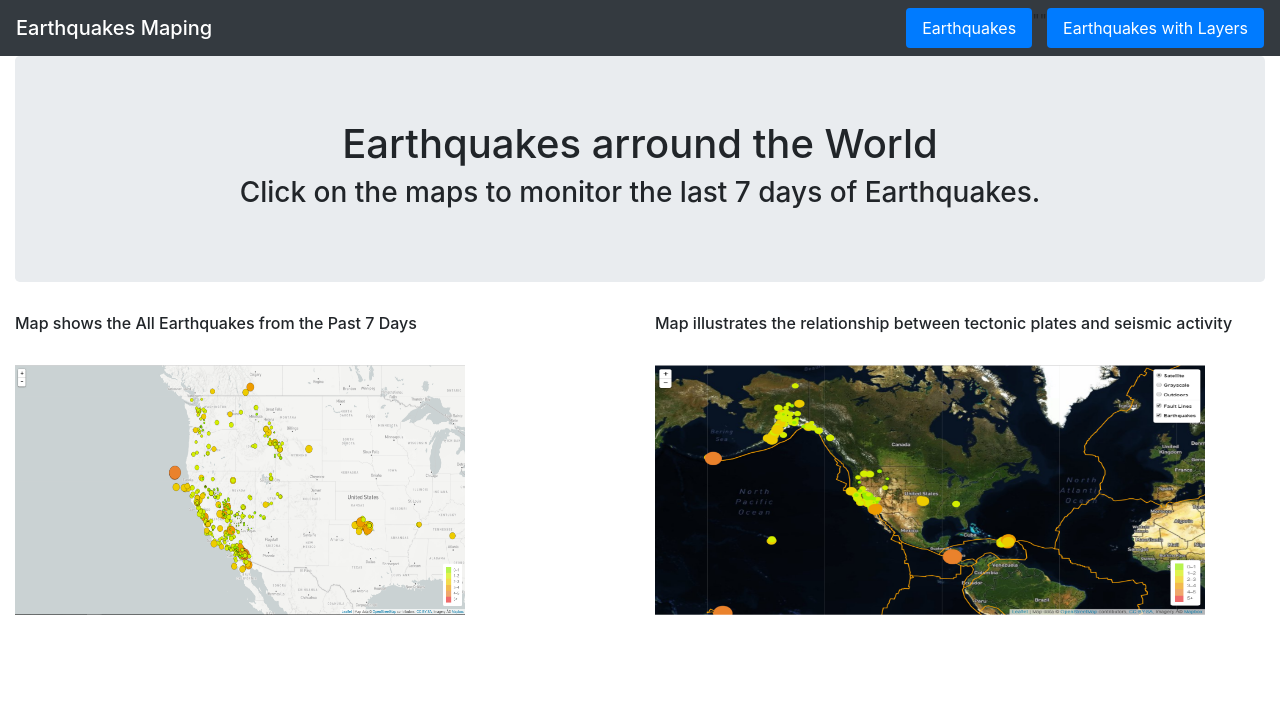
Repository: ermiasgelaye/leaflet-challenge
Page: index.html
The author's editor kept a copy of each file at every save. The page is drawn from the files as they stood at one save, then again after the next save.
The browser window is 1280 px wide. The pictures show the whole page.

Above is the page before, as saved 2020-09-18 22:37:54.

### index.html
<!DOCTYPE html>
<html lang="en">

<head>
    <meta charset="UTF-8" />
    <meta name="viewport" content="width=device-width, initial-scale=1.0" />
    <meta http-equiv="X-UA-Compatible" content="ie=edge" />
    <title>Earthquakes Challenge</title>
    <link rel="stylesheet" href="https://stackpath.bootstrapcdn.com/bootstrap/4.3.1/css/bootstrap.min.css" integrity="sha384-ggOyR0iXCbMQv3Xipma34MD+dH/1fQ784/j6cY/iJTQUOhcWr7x9JvoRxT2MZw1T" crossorigin="anonymous" />

    <!-- jQuery library -->
    <script src="https://ajax.googleapis.com/ajax/libs/jquery/3.4.1/jquery.min.js"></script>
    <link rel="stylesheet" type="text/css" href="static/css/style.css" />
    <!-- Latest compiled JavaScript -->
    <script src="https://maxcdn.bootstrapcdn.com/bootstrap/4.3.1/js/bootstrap.min.js"></script>
</head>

<body>
    <nav class="navbar navbar-dark bg-dark size_hide">
        <a href="index.html"><span class="navbar-brand mb-0 h1 back_color"
          >Earthquakes Maping</span
        ></a
      >

      <ul class="nav nav-pills">
        <li class="nav-item">
          <a class="nav-link active" href="Leaflet-Step-1/step-1.html"
            >Earthquakes</a>
        </li>
        <a>""</a>
        <li class="nav-item">
          <a class="nav-link active" href="Leaflet-Step-2/step-2.html"
            >Earthquakes with Layers</a
          >
        </li>
      </ul>
    </nav>
    <div  class="container-fluid">
      <div class="jumbotron text-center">

        <h1>Earthquakes arround the World</h1>
        <h3>
          Click on the maps to monitor the last 7 days of Earthquakes.
        </h3>
      </div>
      <div class="row">
        <div class="col-lg-6">
          <h6>Map shows the All Earthquakes from the Past 7 Days</h6>
          <br />
          <a href="Leaflet-Step-1/step-1.html"
            ><img
              src="images/2-BasicMap.png"
              alt="Mapping without Layers"
              width="450"
              height="250"
          /></a>
        </div>
        <div class="col-lg-6">
            <h6>
                Map illustrates the relationship between tectonic plates and seismic activity
            </h6>
            <br />
            <a href="Leaflet-Step-2/step-2.html">
                <img src="images/5-Advanced.png" alt="Mapping with Layers" width="550" height="250" /></a>
        </div>
        </div>
        </div>
</body>

</html>

Loaded but not shown: static/css/style.css (common file)

After the next save:
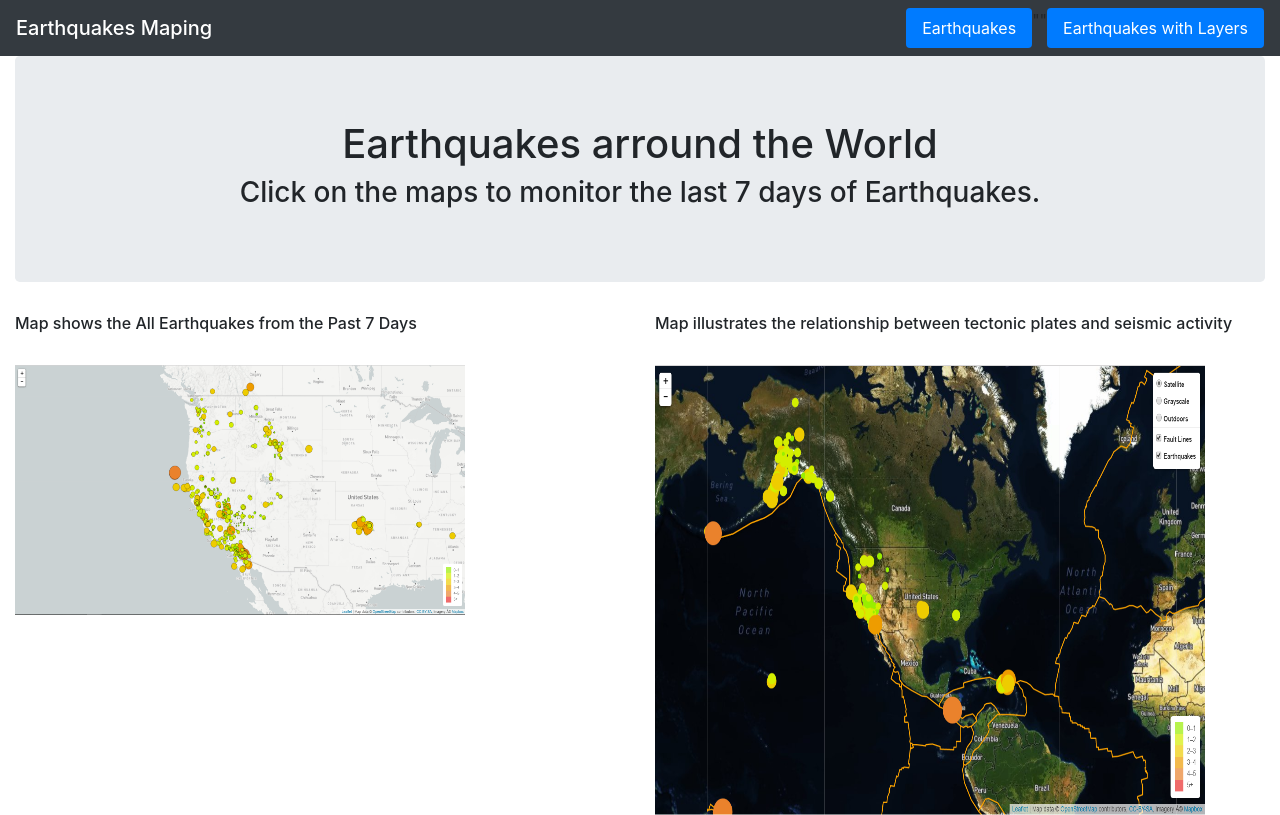
Saved 12 s later.
--- a/index.html
+++ b/index.html
@@ -61,7 +61,7 @@
             </h6>
             <br />
             <a href="Leaflet-Step-2/step-2.html">
-                <img src="images/5-Advanced.png" alt="Mapping with Layers" width="550" height="250" /></a>
+                <img src="images/5-Advanced.png" alt="Mapping with Layers" width="550" height="450" /></a>
         </div>
         </div>
         </div>
